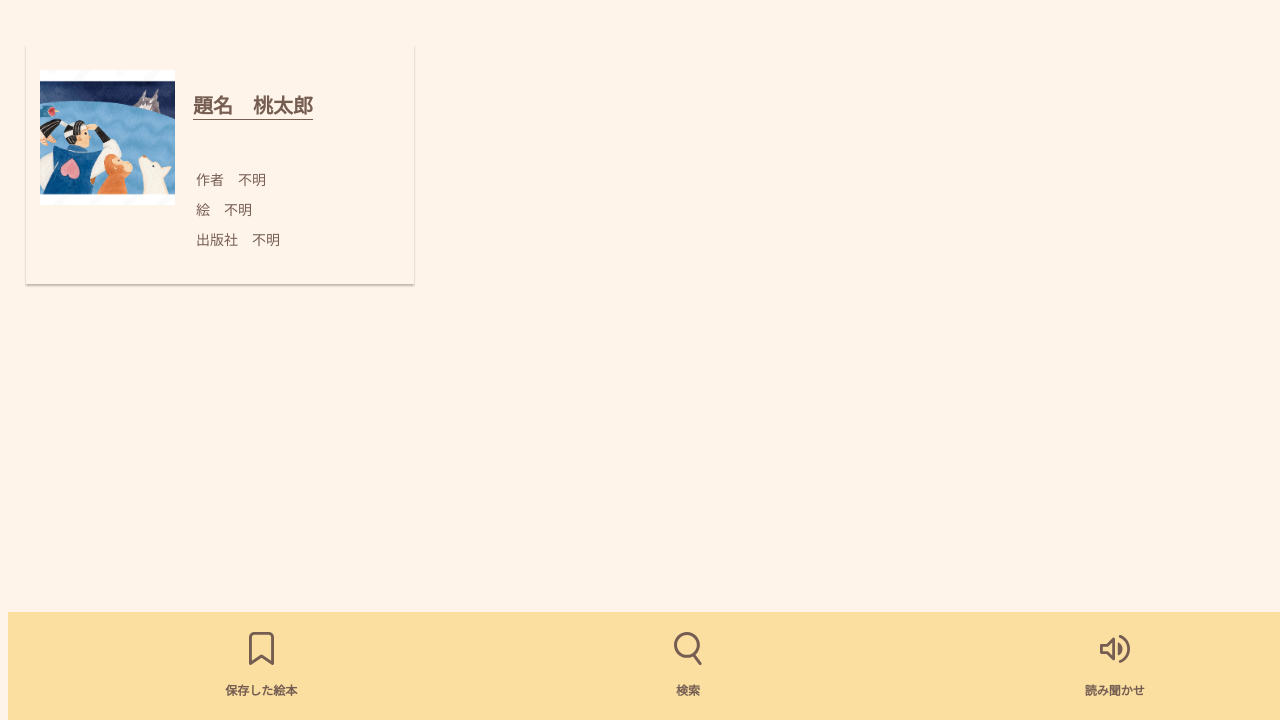
Repository: kmii12/2024-teampj
Page: /result/resultDetail/1
These files come from the project's save history. The page is drawn as it stood at one moment and after the next save; the edit follows.
The browser window is 1280 px wide. The pictures show the whole page.
The project was rebuilt for these pictures with package versions that can differ from the ones it lists, and the page was loaded fresh each time. The framework's server and built-in components were replaced by stand-ins that run in the browser. Also part of the build but not shown: next.config.mjs.

Above is the page before, as saved 2024-10-29 23:32:40.

After the next save:
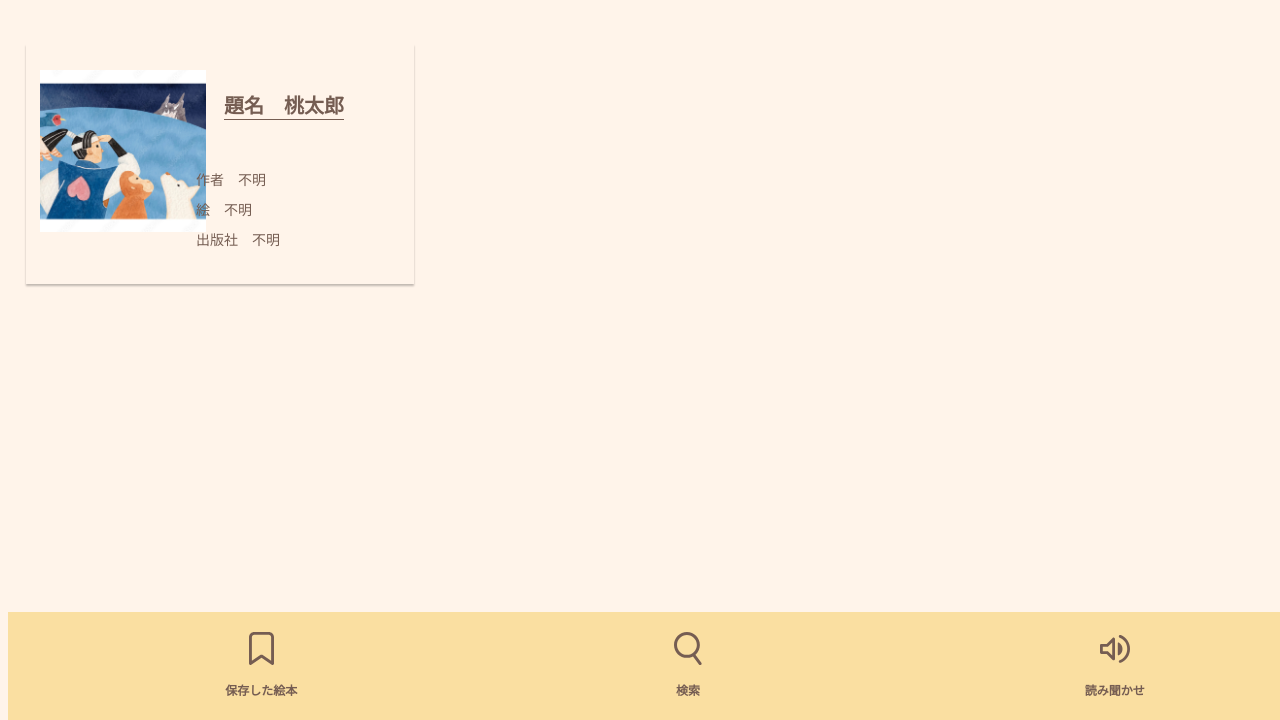
Saved 45 s later.
--- a/src/app/result/resultDetail/[id]/ResultDetail.module.scss
+++ b/src/app/result/resultDetail/[id]/ResultDetail.module.scss
@@ -11,8 +11,8 @@
   display: flex;
   gap: 18px;
   .itemImageWrap {
-    width: 135px;
-    height: 135px;
+    width: 170px;
+    height: 162px;
     display: flex;
     // align-items: center;
     // justify-content: center;
